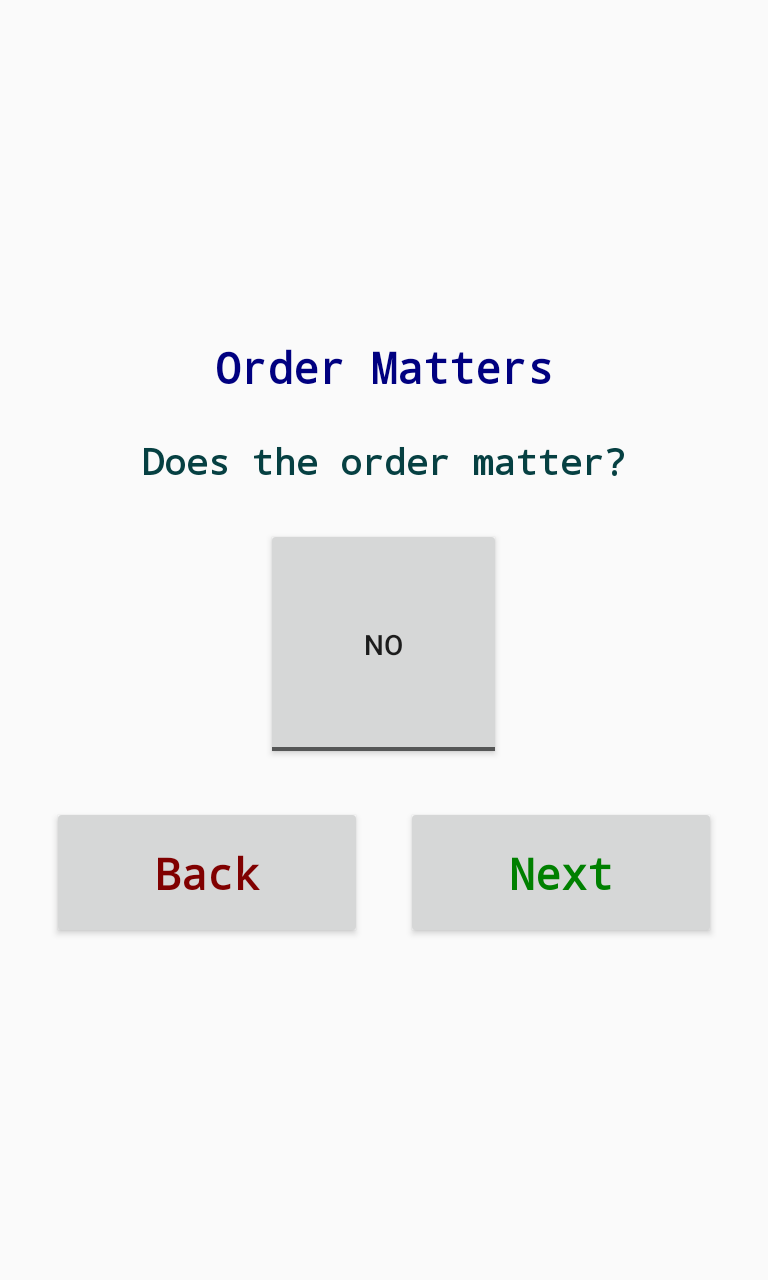
Repository: rontejada1991/Combinations-and-Permutations-Android-App
Layout: combinations/res/layout/activity_order.xml
The author's editor kept a copy of each file at every save. The layout is drawn from the files as they stood at one save, then again after the next save.
It is drawn on a 768 x 1280 px phone screen (xhdpi) without system bars, with theme AppTheme; the app's code is not run.

Above is the layout before, as saved 2014-11-07 21:16:44.

### combinations/res/layout/activity_order.xml
<LinearLayout xmlns:android="http://schemas.android.com/apk/res/android"
    xmlns:tools="http://schemas.android.com/tools"
    android:layout_width="match_parent"
    android:layout_height="match_parent"
	android:orientation="vertical"
	android:gravity="center"
	android:padding="25dp"
    tools:context="com.silvercloudgames.combinations.OrderActivity" >

	<TextView
	    android:id="@+id/tv_title"
        style="@style/CodeFont"
        android:layout_width="fill_parent"
        android:text="Order Matters"
        android:textColor="#000080"
        android:layout_marginBottom="20dp" />

	<TextView
	    android:id="@+id/tv_sub"
        style="@style/CodeFont.Med"
        android:layout_width="fill_parent"
        android:text="Does the order matter?"
        android:layout_marginBottom="20dp" />

		<ToggleButton
		    android:id="@+id/tb_order"
		    android:layout_width="wrap_content"
		    android:layout_height="wrap_content"
		    android:textOn="Yes"
		    android:textOff="No"
		    android:padding="50dp"
		    android:layout_marginBottom="20dp" />

	<LinearLayout
	    android:layout_width="fill_parent"
	    android:layout_height="wrap_content"
	    android:orientation="horizontal"
	    android:gravity="center">

	    <Button
	        android:id="@+id/b_back"
	        style="@style/CodeFont"
	        android:text="Back"
	        android:padding="20dp"
	        android:layout_weight="1"
	        android:textColor="#800000"
	        android:layout_marginRight="10dp"
	        android:onClick="onBackPressed" />

	   	<Button
	   	    android:id="@+id/b_next"
	        style="@style/CodeFont"
	        android:text="Next"
	        android:padding="20dp"
	        android:layout_weight="1"
	        android:textColor="#008000"
	        android:layout_marginLeft="10dp"
	        android:onClick="onNextPressed" />

	</LinearLayout>

</LinearLayout>

### combinations/res/values/code_font.xml
<?xml version="1.0" encoding="utf-8"?>
<resources xmlns:android="http://schemas.android.com/apk/res/android">

    <style name="CodeFont">
        <item name="android:layout_width">wrap_content</item>
        <item name="android:layout_height">wrap_content</item>
        <item name="android:textColor">#064042</item>
        <item name="android:textStyle">bold</item>
        <item name="android:typeface">monospace</item>
        <item name="android:gravity">center</item>
        <item name="android:textAppearance">@android:style/TextAppearance.Large</item>
    </style>

    <style name="CodeFont.Med">
        <item name="android:textAppearance">@android:style/TextAppearance.Medium</item>
    </style>

    <style name="CodeFont.Italic">
        <item name="android:textStyle">italic</item>
    </style>

</resources>

Loaded but not shown: combinations/res/values/styles.xml (common file); combinations/res/values-v11/styles.xml (common file); combinations/res/values-v14/styles.xml (common file)

After the next save:
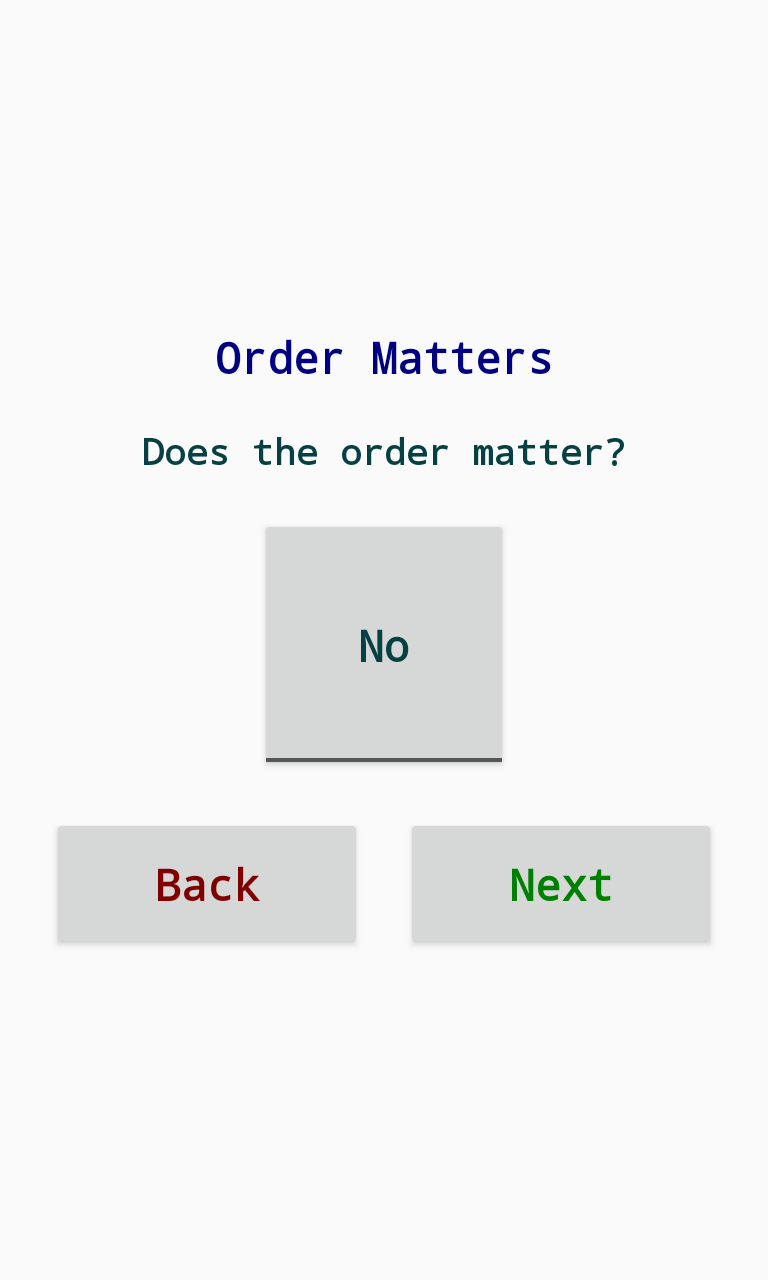
Saved 9 s later.
--- a/combinations/res/layout/activity_order.xml
+++ b/combinations/res/layout/activity_order.xml
@@ -29,6 +29,7 @@
 		    android:textOn="Yes"
 		    android:textOff="No"
 		    android:padding="50dp"
+		    style="@style/CodeFont"
 		    android:layout_marginBottom="20dp" />
 
 	<LinearLayout
